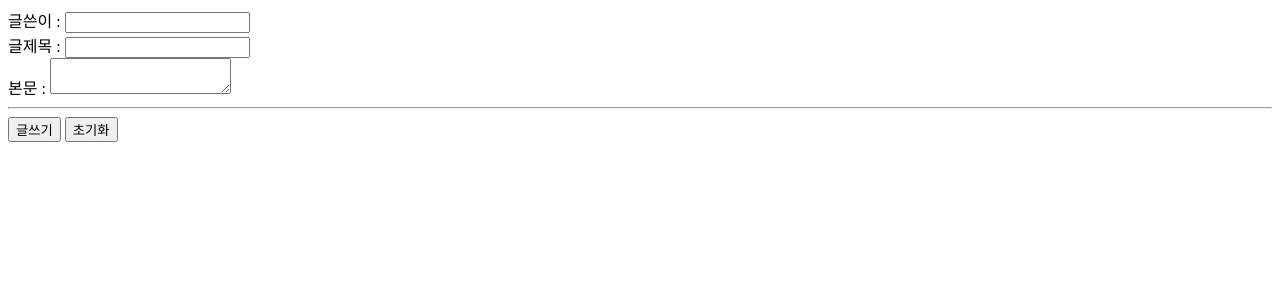
Repository: HeeMang28/jsp2
Page: http://localhost/MyFirstWeb/board/boardInsertForm.jsp
These files come from the project's save history. The page is drawn as it stood at one moment and after the next save; the edit follows.
The browser window is 1280 px wide. The pictures show the whole page.
The page is served by Tomcat 9. Other server files are loaded and not shown.

Above is the page before, as saved 2022-04-19 10:23:56.

### MyFirstWeb/src/main/webapp/board/boardInsertForm.jsp
<%@ page language="java" contentType="text/html; charset=UTF-8"
    pageEncoding="UTF-8"%>
<!DOCTYPE html>
<html>
<head>
<meta charset="UTF-8">
<title>Insert title here</title>
</head>
<body>
	<form action="http://localhost:8080/MyFirstWeb/boardInsert" method="post">
	글쓴이 : <input type="text" name="writer"/> <br/>
	글제목 : <input type="text" name="title"/> <br/>
	본문 : <textarea name="content"/></textarea> <br/>
	<hr/>
	<input type="submit" value="글쓰기"/>
	<input type="reset" value="초기화">
	</form>
</body>
</html>

After the next save:
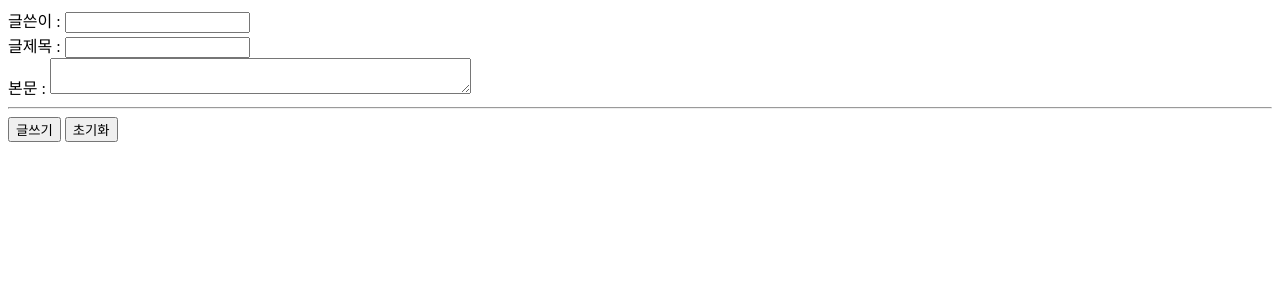
Saved 24 s later.
--- a/MyFirstWeb/src/main/webapp/board/boardInsertForm.jsp
+++ b/MyFirstWeb/src/main/webapp/board/boardInsertForm.jsp
@@ -10,7 +10,7 @@
 	<form action="http://localhost:8080/MyFirstWeb/boardInsert" method="post">
 	글쓴이 : <input type="text" name="writer"/> <br/>
 	글제목 : <input type="text" name="title"/> <br/>
-	본문 : <textarea name="content"/></textarea> <br/>
+	본문 : <textarea cols="50" row="10" name="content"/></textarea> <br/>
 	<hr/>
 	<input type="submit" value="글쓰기"/>
 	<input type="reset" value="초기화">
